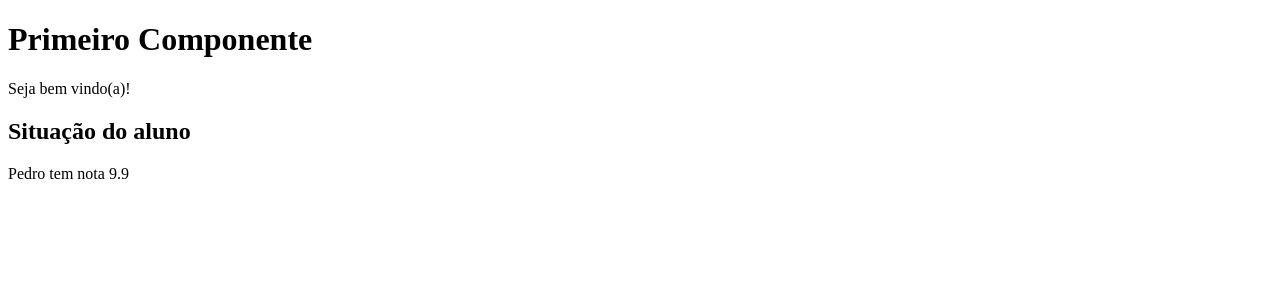
Repository: Rubenslourenco/exerciciosReactRedux
Page: / (app in fundamentos-react/)
The author's editor kept a copy of each file at every save. The page is drawn from the files as they stood at one save, then again after the next save.
The browser window is 1280 px wide. The pictures show the whole page.
The project was rebuilt for these pictures with package versions that can differ from the ones it lists, and the page was loaded fresh each time. Also part of the build but not shown: fundamentos-react/src/index.css.

Above is the page before, as saved 2025-01-28 14:51:33.

### fundamentos-react/src/index.js
import { StrictMode } from "react";
import { createRoot } from "react-dom/client";
import "./index.css";

import Primeiro from "./componentes/Primeiro";
import ComParametro from "./componentes/ComParametro";

createRoot(document.getElementById("root")).render(
  <StrictMode>
    <Primeiro></Primeiro>
    <ComParametro titulo="Situação do aluno " aluno="Pedro" nota={9.9} />
  </StrictMode>
);

### fundamentos-react/src/componentes/Primeiro.js
import React from "react";
export default function Primeiro() {
  const msg = "Seja bem vindo(a)!";
  return (
    <div>
      <h1>Primeiro Componente</h1>
      <p>{msg}</p>
    </div>
  );
}

### fundamentos-react/src/componentes/ComParametro.jsx
import React from "react";
export default function ComParametro(props) {
  return (
    <div id="app">
      <h2>{props.titulo}</h2>
      <p>
        {props.aluno} tem nota {props.nota}
      </p>
    </div>
  );
}

Loaded but not shown: fundamentos-react/public/index.html (common file)

After the next save:
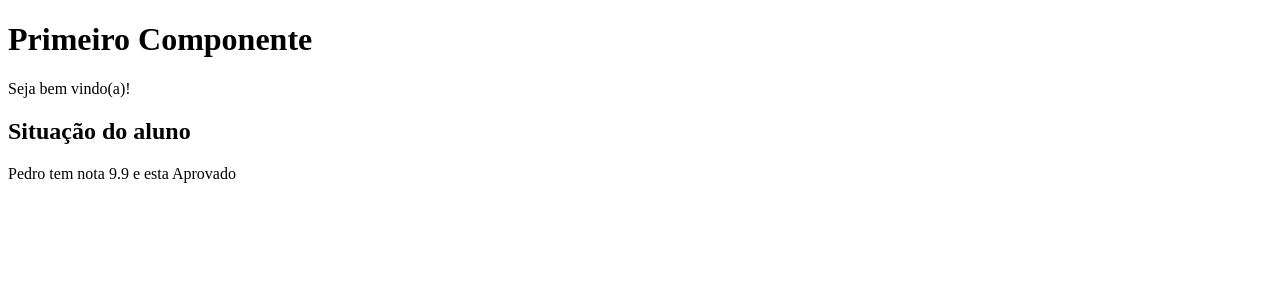
Saved 2 min 40 s later.
--- a/fundamentos-react/src/componentes/ComParametro.jsx
+++ b/fundamentos-react/src/componentes/ComParametro.jsx
@@ -1,10 +1,11 @@
 import React from "react";
 export default function ComParametro(props) {
+  const status = props.nota >= 7 ? "Aprovado" : "Reprovado";
   return (
     <div id="app">
       <h2>{props.titulo}</h2>
       <p>
-        {props.aluno} tem nota {props.nota}
+        {props.aluno} tem nota {props.nota} e esta {status}
       </p>
     </div>
   );
